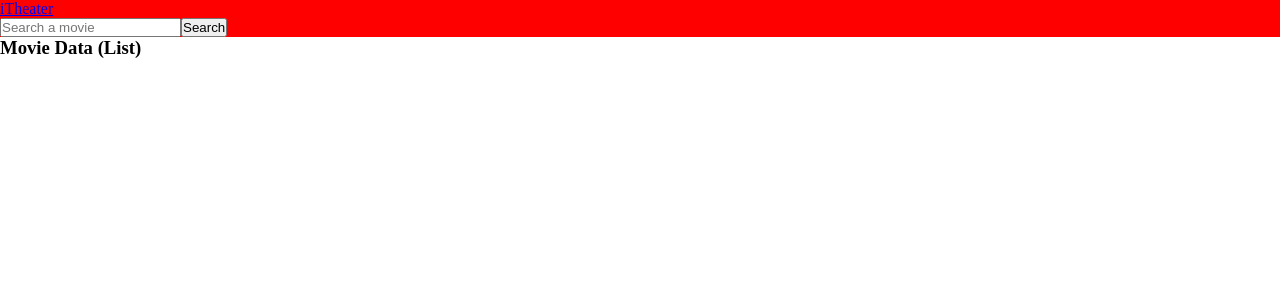
Repository: just-mann/itheater
Page: /
The author's editor kept a copy of each file at every save. The page is drawn from the files as they stood at one save, then again after the next save.
The browser window is 1280 px wide. The pictures show the whole page.
The page's requests for data from a server got no answer. The project was rebuilt for these pictures with package versions that can differ from the ones it lists, and the page was loaded fresh each time. No one was signed in, and anything a server would have sent is missing. Also part of the build but not shown: src/components/Contact.js, src/components/MovieDetail.js.

Above is the page before, as saved 2021-07-16 02:57:38.

### public/index.html
<!DOCTYPE html>
<html lang="en">
  <head>
    <meta charset="utf-8" />
    <link rel="icon" href="%PUBLIC_URL%/favicon.ico" />
    <meta name="viewport" content="width=device-width, initial-scale=1" />
    <meta name="theme-color" content="#000000" />
    <meta
      name="description"
      content="Web site created using create-react-app"
    />
    <link rel="apple-touch-icon" href="%PUBLIC_URL%/logo192.png" />
    <!--
      manifest.json provides metadata used when your web app is installed on a
      user's mobile device or desktop. See https://developers.google.com/web/fundamentals/web-app-manifest/
    -->
    <link rel="manifest" href="%PUBLIC_URL%/manifest.json" />
    <!--
      Notice the use of %PUBLIC_URL% in the tags above.
      It will be replaced with the URL of the `public` folder during the build.
      Only files inside the `public` folder can be referenced from the HTML.

      Unlike "/favicon.ico" or "favicon.ico", "%PUBLIC_URL%/favicon.ico" will
      work correctly both with client-side routing and a non-root public URL.
      Learn how to configure a non-root public URL by running `npm run build`.
    -->
    <title>iTheater | Learn More About Your Favorite Movies / TV Shows</title>
  </head>
  <body>
    <noscript>You need to enable JavaScript to run this app.</noscript>
    <div id="root"></div>
    <!--
      This HTML file is a template.
      If you open it directly in the browser, you will see an empty page.

      You can add webfonts, meta tags, or analytics to this file.
      The build step will place the bundled scripts into the <body> tag.

      To begin the development, run `npm start` or `yarn start`.
      To create a production bundle, use `npm run build` or `yarn build`.
    -->
  </body>
</html>

### src/index.js
import React from 'react';
import ReactDOM from 'react-dom';
import './styles/style.css';
import App from './App';
import reportWebVitals from './reportWebVitals';

ReactDOM.render(
  <React.StrictMode>
    <App />
  </React.StrictMode>,
  document.getElementById('root')
);

// If you want to start measuring performance in your app, pass a function
// to log results (for example: reportWebVitals(console.log))
// or send to an analytics endpoint. Learn more: https://bit.ly/CRA-vitals
reportWebVitals();

### src/styles/style.css
* {
  padding: 0;
  margin: 0;
  box-sizing: border-box;
}

html {
  scroll-behavior: smooth;
}

.Header {
  background: red;
}/*# sourceMappingURL=style_20210716024019.css.map */

### src/App.js
import React from 'react';
import MovieContextProvider from './contexts/MovieContext';
import {BrowserRouter as Router, Switch, Route} from 'react-router-dom';
import Contact from './components/Contact';
import MovieDetail from './components/MovieDetail';
import ShowList from './components/ShowList';

const App = () => {
  return (
    <div className="App">
        <MovieContextProvider>
        <Router>
          <Switch>
            <Route exact path='/'>
              <ShowList />
            </Route>
            <Route exact path='/contact'>
              <Contact />
            </Route>
            <Route exact path='/:id'>
              <MovieDetail />
            </Route>
          </Switch>
        </Router>
        </MovieContextProvider>
    </div>
  );
}

export default App;

### src/contexts/MovieContext.js
import React, {useState, useEffect, createContext} from 'react';

export const movieContext = createContext();

const MovieContextProvider = (props) => {

    const [movie, setMovie] = useState('Smooth');

    // Data to be displayed...
    const [data, setData] = useState([])

    // Function to enter movie or show name
    const EnterShow = (show) => {
        setMovie(show);
    }

    useEffect(() => {
        fetch(`http://www.omdbapi.com/?s=${movie}&apikey=2c0bfe2d`)
            .then(res => res.json())
            .then(data => {
                setData(data.Search)
                console.log(data.Search)
            })
            .catch(err => console.log(err))
    }, [movie])

    return (
        <movieContext.Provider value={{movie, data, EnterShow}}>
            {data && props.children}
        </movieContext.Provider>
    )
}

export default MovieContextProvider;

### src/components/ShowList.js
import React, {useContext} from 'react';
import { movieContext } from '../contexts/MovieContext';
import Header from './Header';


const ShowList = () => {

    const {data} = useContext(movieContext);

    // const [myData, setMyData] = useState({});

    return (
        <div className="ShowList">
            <Header />
            <h3>Movie Data (List)</h3>
            <div>
                {data.map(myData => {
                    return(
                        <div key={myData.imdbID} className="showCard">
                            <img src={myData.Poster} alt={myData.Title} />
                            <div>
                                <h3>{myData.Title}</h3>
                            </div>
                        </div>
                    )
                })}
            </div>
        </div>
    )
}

export default ShowList;

### src/components/Header.js
import React from 'react';
import {Link} from 'react-router-dom';
import Search from './Search';

const Header = () => {
    return (
        <div className="Header">
            <Link to='/'>iTheater</Link>
            <Search />
        </div>
    )
}

export default Header;

### src/components/Search.js
import React, {useState, useContext} from 'react';
import { useHistory } from 'react-router';
import {movieContext} from '../contexts/MovieContext';

const Search = () => {

    const history = useHistory();

    const {EnterShow} = useContext(movieContext)

    const [newSearch, setNewSearch] = useState('');

    const handleChange = (e) => {
        setNewSearch(e.target.value);
    }

    // const reDirect = () => {
    //     let path = '/';
    //     let history = useHistory();
    //     history.push(path);
    // }

    const handleSubmit = (e) => {
        e.preventDefault();
        EnterShow(newSearch);
        setNewSearch('');
        history.push('/')
    }

    return (
        <div className="Search">
            <form onSubmit={handleSubmit}>
                <input type='search' value={newSearch} placeholder='Search a movie' onChange={handleChange}/>
                <button>Search</button>
            </form>
        </div>
    )
}

export default Search;

### src/components/SideNav.js
import React from 'react';
import {Link} from 'react-router-dom';

const SideNav = () => {
    return (
        <div className="SideNav">
            <div className="links">
                <Link to='/'>Home</Link>
                <Link to="/contact">Contact</Link>
            </div>
        </div>
    )
}

export default SideNav;

Loaded but not shown: src/reportWebVitals.js (common file)

After the next save:
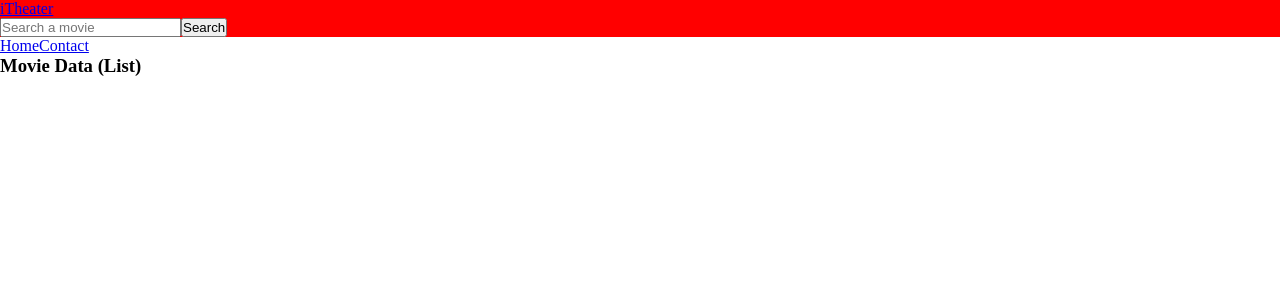
Saved 35 s later.
--- a/src/components/ShowList.js
+++ b/src/components/ShowList.js
@@ -1,6 +1,7 @@
 import React, {useContext} from 'react';
 import { movieContext } from '../contexts/MovieContext';
 import Header from './Header';
+import SideNav from './SideNav';
 
 
 const ShowList = () => {
@@ -12,6 +13,7 @@ const ShowList = () => {
     return (
         <div className="ShowList">
             <Header />
+            <SideNav />
             <h3>Movie Data (List)</h3>
             <div>
                 {data.map(myData => {
